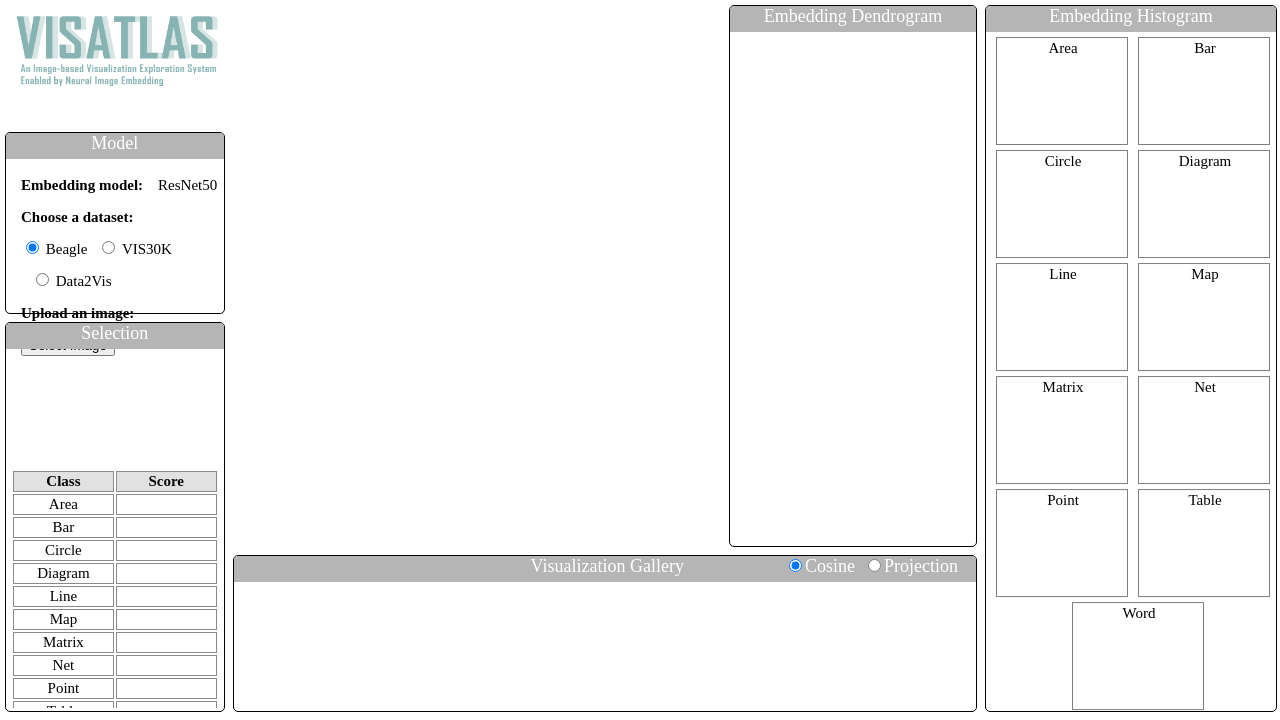
Repository: yilinye/AI_and_human_paintings
Page: / (app in VIS4AI_art/Frontend/)
An editor plug-in stored every save of this project. The page is shown before and after the next save, followed by the edit.
The browser window is 1280 px wide. The pictures show the whole page.
The page's requests for data from a server got no answer. The project was rebuilt for these pictures with package versions that can differ from the ones it lists, and the page was loaded fresh each time. No one was signed in, and anything a server would have sent is missing. Also part of the build but not shown: VIS4AI_art/Frontend/vite.config.js, VIS4AI_art/Frontend/vue.config.js, VIS4AI_art/Frontend/src/components/WelcomeItem.vue, VIS4AI_art/Frontend/src/components/icons/IconDocumentation.vue, VIS4AI_art/Frontend/src/components/icons/IconTooling.vue, VIS4AI_art/Frontend/src/components/icons/IconEcosystem.vue, VIS4AI_art/Frontend/src/components/icons/IconCommunity.vue, VIS4AI_art/Frontend/src/components/icons/IconSupport.vue and 2 more.

Above is the page before, as saved 2022-04-30 22:58:28.

### VIS4AI_art/Frontend/src/App.vue
<!--
 * @Author: Qing Shi
 * @LastEditTime: 2022-04-12 22:41:44
 * @Knowledge:
 * @Description:
 * @Attention:
-->

<template>
  <VisView/>
</template>

<script>
import VisView from "./views/visView.vue";

// var Event = new Vue();
export default {
    components: { VisView }
}
</script>

<style>
@import "./assets/base.css";

#app {
  height: calc(100%);
  font-weight: normal;
}

</style>

### VIS4AI_art/Frontend/src/assets/base.css
body {

  margin: 0%;
  height: 100%;
  width: 100%;
  background-color: rgb(255, 255, 255);
  overflow: hidden;
}


#titleBar {
  background: rgb(181, 181, 181);
  height: 26px;
  width: calc(100% + 0px);
  border-radius: 4px 4px 0px 0px;
  /* border: solid 1px; */
  transform: translate(0px);
  text-align: center;
  color: white;
  font-size: 18px;
}


/*chrome--------------------------------------------start*/
::-webkit-scrollbar {
  width: 8px;
  height: 8px;
}

/* Track */
::-webkit-scrollbar-track {
  background: #ffffff;
  border-radius: 8px;
}

/* Handle */
::-webkit-scrollbar-thumb {
  background: rgb(201, 201, 202);
  border-radius: 8px;
}

/* Handle on hover */
::-webkit-scrollbar-thumb:hover {
  background: rgb(162, 162, 163);
}

.el-menu::-webkit-scrollbar,
.el-table__body-wrapper::-webkit-scrollbar {
  display: none;
}

.el-menu:hover::-webkit-scrollbar,
.el-table__body-wrapper:hover::-webkit-scrollbar {
  display: block;
}

/*chrome--------------------------------------------end*/

### VIS4AI_art/Frontend/src/views/visView.vue
<template>
  <div style="height:100%;width:100%;">
    <!-- System Logo -->
    <div id="logoView">
      <img
        src="../assets/logo.png"
        alt=""
        style="width: 100%; height=auto;"
      >
    </div>
    <!-- Model -->
    <div id="modelView">
      <ModelView
        @getFilePath="getFilePath"
        @queryNode="updateQuery"
      />
    </div>
    <!-- Selection -->
    <div id="selectView">
      <SelectView />
    </div>
    <!-- Main View -->
    <div id="mainView">
      <MainView
        ref="mainV"
        @updateTree="updateTree"
        @updateGallery="updateGallery"
      />
    </div>
    <!-- Embedding Dendrogram -->
    <div id="dendrogramView">
      <DendrogramView ref="dendrogram" />
    </div>
    <!-- Embedding Histogram -->
    <div id="histogramView">
      <HistogramView @updateTree="updateTree" />
    </div>
    <!-- Visualization Gallery -->
    <div id="galleryView">
      <GalleryView
        ref="gallery"
        @updateGType="updateType"
        @updateSelectNode="updateSelectNode"
      />
    </div>
  </div>
</template>

<script>
import * as d3 from 'd3';
import SelectView from "../components/selectView.vue";
import MainView from "../components/mainView.vue";
import DendrogramView from "../components/dendrogramView.vue";
import HistogramView from "../components/histogramView.vue";
import GalleryView from "../components/galleryView.vue";
import ModelView from "../components/modelView.vue";
export default {
  components: { SelectView, MainView, DendrogramView, HistogramView, GalleryView, ModelView },
  data () {
    return {
      //! init file path
      pth: { filePath: "/src/visData/Beagle reorder.csv" },

      // pth: { filePath: "/src/visData/data2vis reorder.csv" },
    }
  },
  provide () {
    //! we need provide an object, which can watch by other components
    return {
      fileP: this.pth,
    }
  },
  methods: {
    /**
     * @description: change file path from model view's <input>
     * @param {String} val file path from model
     * @return {*} none
     */
    getFilePath: function (val) {
      this.pth.filePath = val;
      this.fileP = this.pth;
    },
    /**
     * @description: change dendrogram view's tree
     * @param {Array} treeData data of the tree
     * @param {Int} sumTree Number of all selected elements
     * @return {*}
     */
    updateTree (treeData, sumTree) {
      this.$refs.dendrogram.drawTree(treeData, sumTree);
    },
    /**
     * @description: change the gallery using new selected element data
     * @param {Array} data
     * @return {*}
     */
    updateGallery (data) {
      this.$refs.gallery.setCloseNode(data);
    },
    /**
     * @description: change gallery type (Cosine or Projection)
     * @param {*} data Calculation method of distance (Cosine or Projection)
     * @return {*}
     */
    updateType (data) {
      this.$refs.mainV.setGalleryType(data);
    },
    /**
     * @description: set a new selected node to refresh the system
     * @param {*} data selected element (node) data
     * @return {*}
     */
    updateSelectNode (data) {
      this.$refs.mainV.setSelectNode(data);
    },
    /**
     * @description: query a new Picture
     * @param {*} data new picture information which from model view
     * @return {*}
     */
    updateQuery (data) {
      this.$refs.mainV.setQuery(data);
    }
  }
}
</script>

<style>
#logoView {
  position: absolute;
  left: 5px;
  top: 5px;
  /* height: 17%; */
  width: 17%;
  margin-left: 5px;
  /* border: solid 1px; */
}

#modelView {
  /* margin-left: 5px; */
  position: absolute;
  left: 5px;
  top: calc(17% + 5px + 5px);
  height: 25%;
  width: 17%;
  border: solid 1px;
  border-radius: 5px;
}

#selectView {
  position: absolute;
  left: 5px;
  top: calc(42% + 15px + 5px);
  height: calc(58% - 30px);
  width: 17%;
  border: solid 1px;
  border-radius: 5px;
}

#mainView {
  position: absolute;
  left: calc(15px + 17%);
  top: calc(5px);
  height: calc(75%);
  width: calc(38%);
  /* border: solid 1px;
  border-radius: 5px; */
}

#dendrogramView {
  position: absolute;
  left: calc(25px + 55%);
  top: calc(5px);
  height: calc(75%);
  width: calc(20% - 10px);
  border: solid 1px;
  border-radius: 5px;
}

#galleryView {
  position: absolute;
  left: calc(15px + 17%);
  top: calc(15px + 75%);
  height: calc(25% - 25px);
  width: calc(58%);
  border: solid 1px;
  border-radius: 5px;
}

#histogramView {
  position: absolute;
  left: calc(25px + 75%);
  top: calc(5px);
  height: calc(100% - 15px);
  width: calc(25% - 30px);
  border: solid 1px;
  border-radius: 5px;
}
</style>

### VIS4AI_art/Frontend/src/components/selectView.vue
<!--
 * @Author: Qing Shi
 * @LastEditTime: 2022-04-30 20:52:22
 * @Knowledge:
 * @Description:
 * @Attention:
-->
<template>
  <div style="height: 100%">
    <div id="titleBar">
      {{ viewName }}
    </div>
    <div id="selectPic">
      <div
        v-if="isChoose"
        id="isChoose"
      >
        <img
          id="nodePic"
        >
      </div>
    </div>
    <div id="selectTable">
      <table style="width:calc(100% - 10px);text-align: center;margin-top:2px;height:calc(100% - 10px);margin-bottom:5px;margin-left:5px; margin-right: 5px;">
        <tr style="height:calc(8% - 30px)">
          <th>Class</th>
          <th>Score</th>
        </tr>
        <tr
          v-for="item in items"
          :key="item.className"
          style="height:calc(8% - 30px)"
        >
          <td>{{ item.className }}</td>
          <td :id="item.className+'Table'">{{ item.classScore }}</td>
        </tr>
      </table>
    </div>
  </div>
</template>

<script>
export default {
  data () {
    return {
      viewName: "Selection",
      isChoose: true,
      picPath: "/src/assets/logo.svg",
      items: {
        Area: { className: "Area", classScore: "" },
        Bar: { className: "Bar", classScore: "" },
        Circle: { className: "Circle", classScore: "" },
        Diagram: { className: "Diagram", classScore: "" },
        Line: { className: "Line", classScore: "" },
        Map: { className: "Map", classScore: "" },
        Matrix: { className: "Matrix", classScore: "" },
        Net: { className: "Net", classScore: "" },
        Point: { className: "Point", classScore: "" },
        Table: { className: "Table", classScore: "" },
        Word: { className: "Word", classScore: "" },
      }
    }
  }
}
</script>

<style>
#selectPic {
  height: 30%;
  width: 100%;
}
#isChoose {
  text-align: center;
  margin-top: 1px;
  margin-left: 6px;
  margin-right: 6px;
  margin-bottom: 2px;
  height: 100%;
  display: flex;
  flex-direction: column;
  justify-content: center;
  align-items: center;
}
#selectTable {
  height: calc(70% - 30px);
  width: 100%;
  overflow: auto;
  /* background-color: #000000; */
}

th {
  text-align: middle;
  /* padding-left: 45px; */
  /* border-bottom: 1px solid #ddd; */
  border: 1px solid rgb(138, 138, 138);
  /* background-color: white; */
  background-color: rgb(225, 225, 225);
  color: rgb(7, 7, 7);
  font-size: 15px;
  /* color: white; */
}

td {
  text-align: middle;
  /* padding-left: 45px; */
  width: 50%;
  /* border-bottom: 1px solid #ddd; */
  border: 1px solid rgb(138, 138, 138);
  font-size: 15px;
  color: black;
  /* height: 100% */
}

/* tr {
  height: calc(100%)
} */

tr:hover {
  background-color: rgb(231, 164, 179);
}
</style>

### VIS4AI_art/Frontend/src/components/galleryView.vue
<template>
  <div style="width: 100%; height: 100%;">
    <div id="titleBar">
      <span style="position: absolute; left: 40%;">{{ viewName }}</span>
      <span style="float: right">
        <form
          id="select-distance"
          style="margin-top:0;margin-right:18px"
        >

          <input
            type="radio"
            id="metricChoice1"
            name="contact"
            value="cosine"
            checked="checked"
            @click="updateType('Cosine')"
          >
          <label for="metricChoice1">Cosine</label>

          <input
            type="radio"
            id="metricChoice2"
            name="contact"
            value="radviz"
            style="margin-left:13px;padding-top:50%;"
            @click="updateType('Projection')"
          >
          <label for="metricChoice2">Projection</label>

        </form>
      </span>

    </div>
    <div id="nodeGallery">
      <div style="height: 100%; white-space: nowrap;">
        <div
          v-for="(item, index) in closeNode"
          :key="index"
          class="closeNode"
        >
          <img
            :src="'/src/assets' + item.path.slice(1)"
            alt=""
            :pid="item.pid"
            style="height:100%;"
            @click="updateSelectNode(item)"
          >
        </div>
      </div>
    </div>
  </div>
</template>

<script>
export default {
  data () {
    return {
      viewName: "Visualization Gallery",
      closeNode: []
    }
  },
  methods: {
    /**
     * @description: set the closeNode
     * @param {Array} data picture information from visView.vue
     * @return {*}
     */
    setCloseNode (data) {
      // console.log(data);
      this.closeNode = data;
    },
    /**
     * @description: change the gallery type
     * @param {String} data Cosine / Projection
     * @return {*}
     */
    updateType (data) {
      // console.log(data)
      this.$emit('updateGType', data);
    },
    /**
     * @description: select a picture and upload information
     * @param {*} data data bound to the picture
     * @return {*}
     */
    updateSelectNode (data) {
      this.$emit("updateSelectNode", data);
    }
  }
}
</script>

<style>
#nodeGallery {
  overflow-x: scroll;
  overflow-y: hidden;
  width: 100%;
  height: calc(100% - 30px);
}
.closeNode {
  /* position: absolute; */
  /* width: 20%; */
  height: calc(100% - 20px);
  /* padding-bottom: 50%; */
  /* position: fixed; */
  margin-top: 10px;
  margin-bottom: 10px;
  border: solid 1px rgba(0, 0, 0, 0.5);
  margin-left: 5px;
  margin-right: 5px;
  /* float: left; */
  white-space: normal;
  display: inline-block;
  /* display: flex; */
  flex-direction: column;
  justify-content: center;
  align-items: center;
}
</style>

### VIS4AI_art/Frontend/src/components/modelView.vue
<!--
 * @Author: Qing Shi
 * @LastEditTime: 2022-04-28 12:14:22
 * @Knowledge:
 * @Description:
 * @Attention:
-->
<template>
  <div>
    <div id="titleBar">
      {{ viewName }}
    </div>
    <div id="panel">
      <span style="font-weight: bold;">Embedding model:</span>&nbsp;&nbsp;&nbsp;&nbsp;ResNet50
      <br>
      <span style="font-weight: bold;">Choose a dataset:</span>
      <br>
      <form>
        <div style="display:inline-block">
          <input
            type="radio"
            id="cbox1"
            name="dataset"
            value="Beagle"
            @click="chooseFile('/src/visData/Beagle reorder.csv')"
            source="/src/visData/Beagle reorder.csv"
            checked
          >
          Beagle
        </div>

        <div style="margin-left:10px;display:inline-block">
          <input
            type="radio"
            id="cbox2"
            name="dataset"
            value="Vis30k"
            @click="chooseFile('/src/visData/vis30k reorder.csv')"
            source="/src/visData/vis30k reorder.csv"
          >
          VIS30K
        </div>

        <div style="margin-left:10px;display:inline-block">
          <input
            type="radio"
            id="cbox3"
            name="dataset"
            value="Data2Vis"
            @click="chooseFile('/src/visData/data2vis reorder.csv')"
            source="/src/visData/data2vis reorder.csv"
          >
          Data2Vis
        </div>

        <input
          type="submit"
          value="Submit"
          style="display:none"
          id="dataset submit"
        >
      </form>
      <!-- <br> -->
      <span style="font-weight: bold;">Upload an image:</span> &nbsp;
      <button onclick="upload.click()">Select Image</button>
      <div style="display:none;">
        <form
          action=""
          method="post"
          enctype='multipart/form-data'
        >
          <input
            type="file"
            name="image"
            id="upload"
            style="display:none;"
            @change="chooseImage($event)"
          />
        </form>
        <!-- <form id="uploadForm" :onsubmit="PostData(event)" style="display:inline;margin-left:8px;">


					<input type="file" name="image" id="pic_img" style="display:none" @change="chooseFile($event)">
					<input type="submit" value="upload" id="img_submit" style="display:none">

					<label for="datasets" style="margin-left:11px;margin-top:11px">Upload an image:</label> <input
						type="button" value="Select image" id="button" style="margin-top:0;margin-left:23px">

				</form> -->
      </div>

    </div>
  </div>
</template>

<script>
import * as d3 from 'd3';
import { dataService } from '../service';
export default {
  // created() {
  //   this.chooseFile(this.fileName);
  // },
  data () {
    return {
      viewName: "Model",
      fileName: "/src/visData/Beagle reorder.csv",
      imageUrl: '',
      typeName: ["Area", "Bar", "Circle", "Diagram", "Line", "Map", "Matrix", "Net", "Point", "Table", "Word"]
    }
  },
  methods: {
    chooseFile: function (e) {
      this.fileName = e;
      this.$emit('getFilePath', e);
    },
    /**
     * @description: query and show picture
     * @param {*} e event
     * @return {*}
     */
    chooseImage: function (e) {
      // console.log(e);
      // d3.select("#img_submit").click();
      var file = e.target.files[0]
      var reader = new FileReader()
      var that = this
      reader.readAsDataURL(file)
      reader.onload = function (e) {
        // console.log("file name", file.name);
        // console.log("file type", file.type);
        // console.log("this.result", this.result)
        // that.imageUrl = '/src/assets/static/uploadImage/' + file.name;
        that.imageUrl = this.result;
        let pw = document.getElementById("isChoose").offsetWidth;
        let ph = document.getElementById("isChoose").offsetHeight;
        // console.log(ph, pw);
        if (ph * 2 > pw)
          d3.select("#nodePic").attr("style", 'width: 95%; border: solid 1px; transform: translate(0,0)');
        else
          d3.select("#nodePic").attr("style", 'height: 95%; border: solid 1px; transform: translate(0,0)');
        d3.select("#nodePic").attr("src", that.imageUrl);

      }
      dataService.queryImg({ "img_path": file.name }, data => {
        let d = data.data;
        for (let i in that.typeName) {
          document.getElementById(that.typeName[i] + 'Table').innerHTML = Math.round((d[that.typeName[i].toLowerCase()] * 100000)) / 100000;
        }
        d.pid = -1;
        // console.log(d);
        this.$emit("queryNode", d);
      })
    }
  }
}
</script>

<style>
#panel {
  /* text-align: center; */
  font-size: 15px;
  line-height: 2rem;
  margin-top: 10px;
  margin-left: 15px;
  margin-bottom: 10px;
}
</style>

Loaded but not shown: VIS4AI_art/Frontend/index.html (common file); VIS4AI_art/Frontend/src/service/modules/dataService.js (24 lines, source omitted); VIS4AI_art/Frontend/src/router/index.js (21 lines, source omitted); VIS4AI_art/Frontend/src/main.js (11 lines, source omitted); VIS4AI_art/Frontend/src/service/index.js (1 lines, source omitted); VIS4AI_art/Frontend/src/components/mainView.vue (851 lines, source omitted); VIS4AI_art/Frontend/src/components/histogramView.vue (377 lines, source omitted); VIS4AI_art/Frontend/src/components/dendrogramView.vue (279 lines, source omitted)

After the next save:
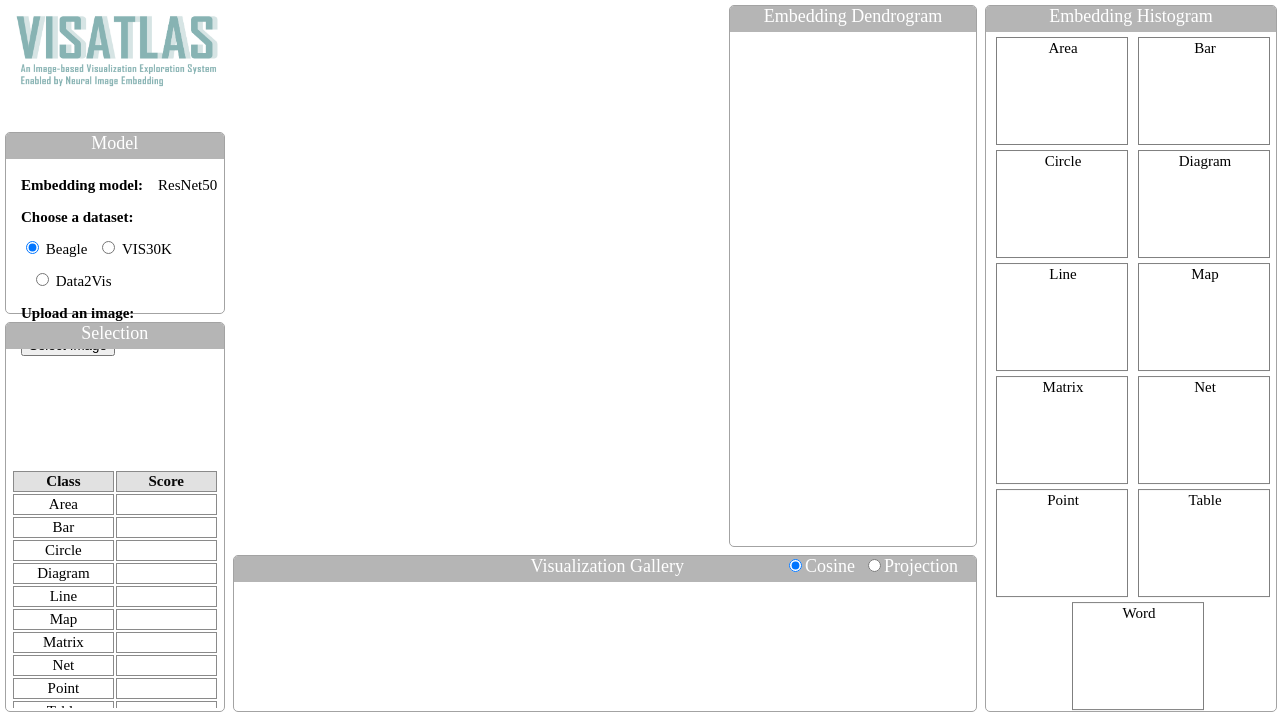
Saved 17 min 34 s later.
--- a/VIS4AI_art/Frontend/src/views/visView.vue
+++ b/VIS4AI_art/Frontend/src/views/visView.vue
@@ -133,7 +133,7 @@ export default {
   /* height: 17%; */
   width: 17%;
   margin-left: 5px;
-  /* border: solid 1px; */
+  /* border: solid 1px rgb(163, 163, 163); */
 }
 
 #modelView {
@@ -143,7 +143,7 @@ export default {
   top: calc(17% + 5px + 5px);
   height: 25%;
   width: 17%;
-  border: solid 1px;
+  border: solid 1px rgb(163, 163, 163);
   border-radius: 5px;
 }
 
@@ -153,7 +153,7 @@ export default {
   top: calc(42% + 15px + 5px);
   height: calc(58% - 30px);
   width: 17%;
-  border: solid 1px;
+  border: solid 1px rgb(163, 163, 163);
   border-radius: 5px;
 }
 
@@ -163,7 +163,7 @@ export default {
   top: calc(5px);
   height: calc(75%);
   width: calc(38%);
-  /* border: solid 1px;
+  /* border: solid 1px rgb(163, 163, 163);
   border-radius: 5px; */
 }
 
@@ -173,7 +173,7 @@ export default {
   top: calc(5px);
   height: calc(75%);
   width: calc(20% - 10px);
-  border: solid 1px;
+  border: solid 1px rgb(163, 163, 163);
   border-radius: 5px;
 }
 
@@ -183,7 +183,7 @@ export default {
   top: calc(15px + 75%);
   height: calc(25% - 25px);
   width: calc(58%);
-  border: solid 1px;
+  border: solid 1px rgb(163, 163, 163);
   border-radius: 5px;
 }
 
@@ -193,7 +193,7 @@ export default {
   top: calc(5px);
   height: calc(100% - 15px);
   width: calc(25% - 30px);
-  border: solid 1px;
+  border: solid 1px rgb(163, 163, 163);
   border-radius: 5px;
 }
 </style>
